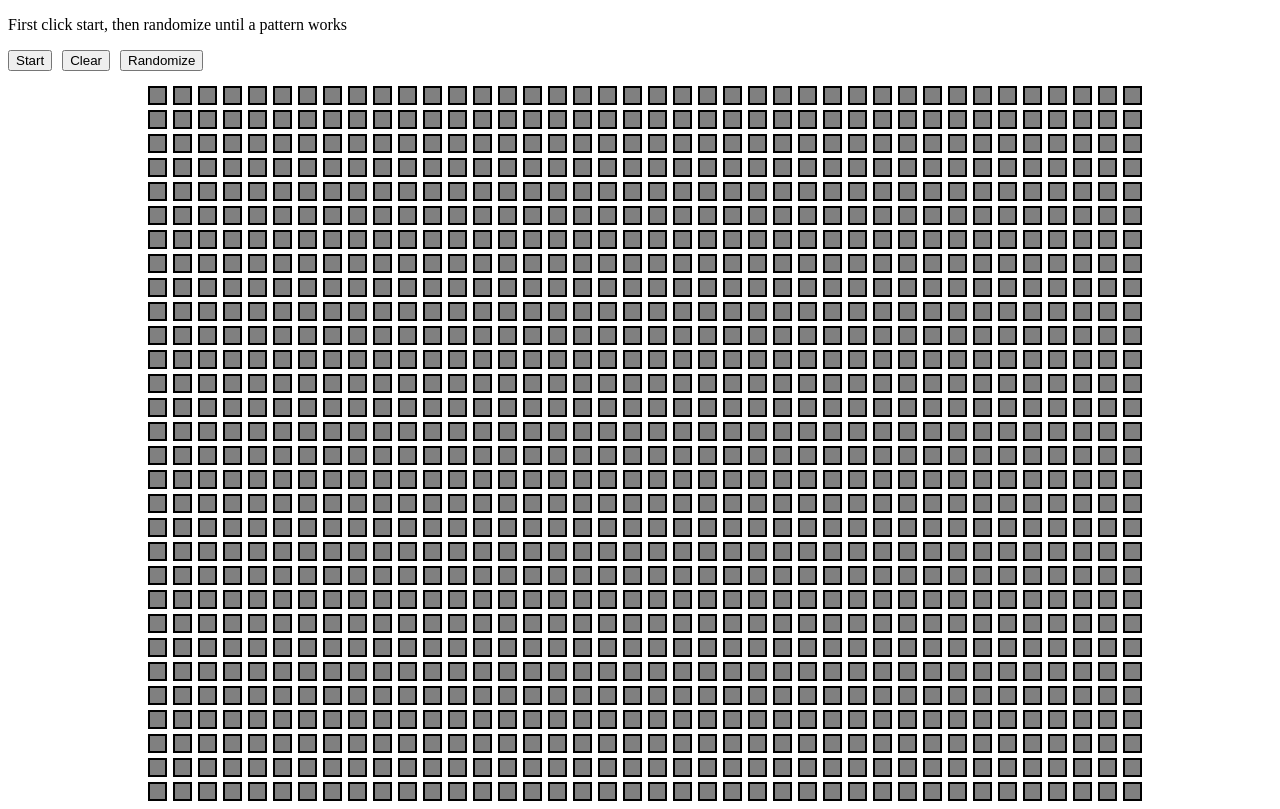
Repository: avanbussum/cellular-automata
Page: /
An editor plug-in stored every save of this project. The page is shown before and after the next save, followed by the edit.
The browser window is 1280 px wide. The pictures show the whole page.
The project was rebuilt for these pictures with package versions that can differ from the ones it lists, and the page was loaded fresh each time.

Above is the page before, as saved 2023-04-29 01:40:59.

### src/App.js
import React, { useState, useCallback, useRef } from 'react'
import Produce from 'immer';

const numRows = 30;
const numCols = 40;

let rps = false;

// const cell = {alive: 0, type: 0, color: ''};
//const deadcell = {dead: 0, type: 0, color: ''};


const neighborCoordinates = [
  [0, 1],
  [0, -1],
  [1, 1],
  [1, -1],
  [-1, 0],
  [-1, 1],
  [-1, -1],
  [1, 0]
]

const resetGrid = () => {
  const rows = [];
  for (let i = 0; i < numRows; i++) {
    rows.push(Array.from(Array(numCols), () => { const cell = { alive: 0, type: '', color: 'purple' }; return (cell) }
    ))
  }
  console.log(rows.join(rows.type))
  return rows;
}

export const App = () => {
  const [grid, setGrid] = useState(() => {
    return resetGrid()
  });

  const [running, setRunning] = useState(false)

  const runningRef = useRef(running);
  runningRef.current = running

  const runSimulation = useCallback(() => {
    if (!runningRef.current) {
      return;
    }
    setGrid((grid) => {
      return Produce(grid, gridCopy => {
        for (let x = 0; x < numRows; x++) {
          for (let y = 0; y < numCols; y++) {
            let neighbors = 0;
            neighborCoordinates.forEach(([a, b]) => {
              const newX = x + a;
              const newY = y + b;

              if (newX >= 0 && newX < numRows && newY >= 0 && newY < numCols) {
                neighbors += grid[newX][newY].alive
              }
            })

            // "game of life - rules"

            // if (neighbors < 2 || neighbors > 3) {
            //   gridCopy[x][y].alive = 0;
            // } else if (grid[x][y].alive === 0 && neighbors === 3) {
            //   gridCopy[x][y].alive = 1;
            // }

            //"seeds"

            // if (grid[x][y].alive === 1 && neighbors === 2) {
            //   gridCopy[x][y].alive = 1;
            // } else if (grid[x][y].alive === 0 && neighbors === 2) {
            //   gridCopy[x][y].alive = 1;
            // } else {
            //   gridCopy[x][y].alive = 0;
            // }

            // "RPS"
            rps = true
            let r = 0;
            let p = 0;
            let s = 0;
            console.log(s)

            neighborCoordinates.forEach(([a, b]) => {
              const newX = x + a;
              const newY = y + b;

              if (newX >= 0 && newX < numRows && newY >= 0 && newY < numCols) {
                if (grid[newX][newY].type === 'scissors') s++;
                if (grid[newX][newY].type === 'rock') r++;
                if (grid[newX][newY].type === 'paper') p++;
              }
            })

            let cur = grid[x][y];
            if (cur.alive) {
              switch (cur.type) {
                case 'rock':
                  if (p>2) {
                    gridCopy[x][y].type = 'paper';
                    gridCopy[x][y].color = 'green';
                  }
                break;

                case 'paper':

                  if (s>2) {
                    gridCopy[x][y].type = 'scissors';
                    gridCopy[x][y].color = 'red';
                  }
                break;

                case 'scissors':
                  if (r>2) {
                    gridCopy[x][y].type = 'rock';
                    gridCopy[x][y].color = 'blue';
                  }
                break;
              }
            }



          }
        }
      });
    });


    setTimeout(runSimulation, 0.1);
  }, []);




  return (
    <>
    <p>First click start, then randomize until a pattern works</p>
    <div style={{
          display: 'flex',
          justifyItems: 'center',
          marginTop: '15px',
          gap:'10px'
        }}>
          <button
        onClick={() => {
          setRunning(!running);
          if (!running) {
            runningRef.current = true;
            runSimulation();
          }
        }}
      >
        {running ? 'Stop' : 'Start'}
      </button>
      <button onClick={() => setGrid(resetGrid())}>Clear</button>
      <button
        onClick={() => {
          const rows = [];

          for (let i = 0; i < numRows; i++) {
            rows.push(
              Array.from(Array(numCols), () => {
                const cell = { alive: 0, type: '', color: 'purple' };
                let prob = 0.4;
                if (rps === true) prob = 1
                if (Math.random() < prob) {
                  cell.alive = 1;
                }
                else {
                  cell.alive = 0;
                }

                if (rps === true) {
                  if (Math.random() < 1 / 3) {
                    cell.type = 'rock';
                    cell.color = 'blue'
                  }
                  else if (Math.random() > 2 / 3) {
                    cell.type = 'paper';
                    cell.color = 'green'

                  }
                  else {
                    cell.type = 'scissors';
                    cell.color = 'red'
                  }
                }

                return cell;
              })
            );
          }
          console.log(rows)
          setGrid(rows);
        }}
      >
        Randomize
      </button>
      </div>

      <div
        style={{
          display: 'grid',
          gridTemplateColumns: `repeat(${numCols}, 10px)`,
          rowGap: '5px',
          columnGap: '15px',
          justifyContent: 'center',
          marginTop: '15px',
        }}
      >
        {grid.map((rows, x) =>
          rows.map((col, y) => (
            <div
              onClick={() => {
                const newGrid = Produce(grid, (gridCopy) => {
                  gridCopy[x][y].alive = grid[x][y].alive ? 0 : 1;
                });
                setGrid(newGrid);
              }}
              key={`${x}-${y}`}
              style={{
                width: 15,
                height: 15,
                backgroundColor: grid[x][y].alive ? grid[x][y].color : 'gray',
                border: 'solid 2px black',
              }}
            />
          ))
        )}
      </div>
    </>
  );
}

export default App;

Loaded but not shown: public/index.html (common file); src/index.js (common file); src/reportWebVitals.js (common file)

After the next save:
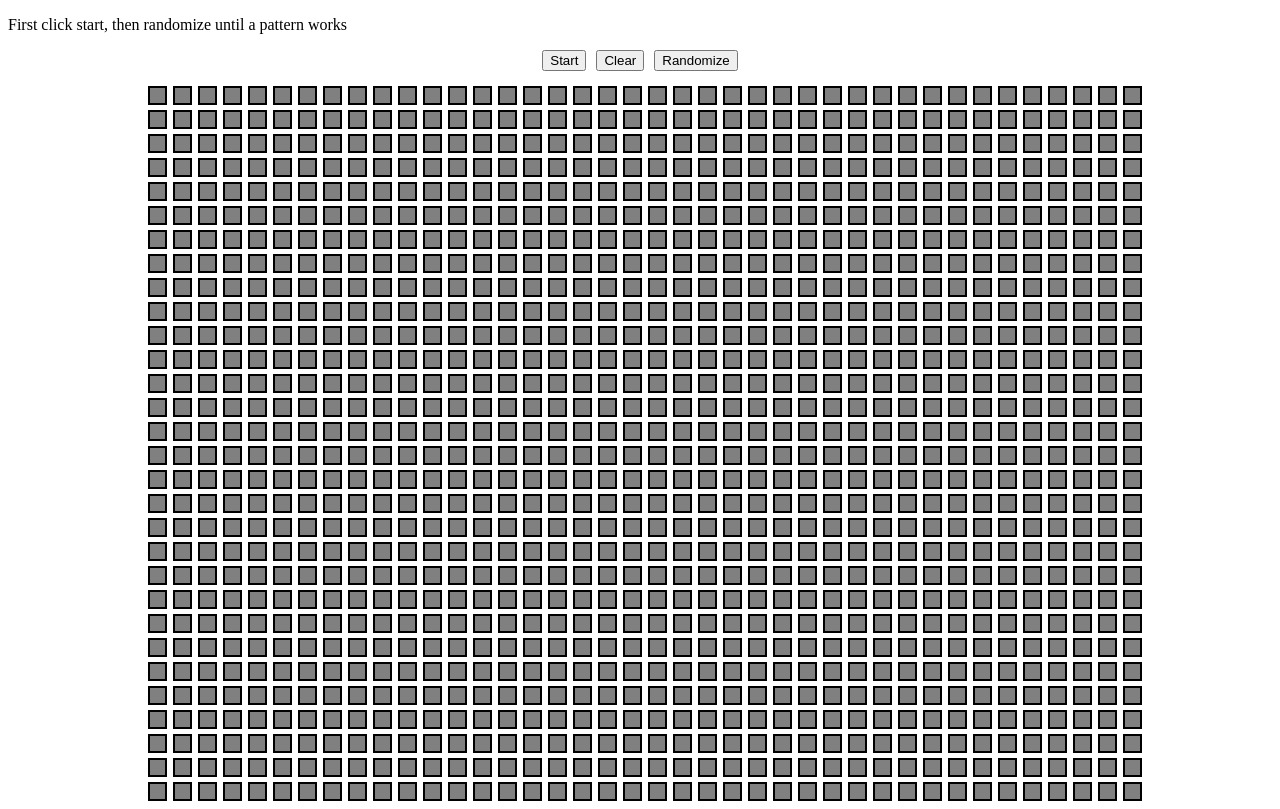
Saved 38 s later.
--- a/src/App.js
+++ b/src/App.js
@@ -141,7 +141,7 @@ export const App = () => {
     <p>First click start, then randomize until a pattern works</p>
     <div style={{
           display: 'flex',
-          justifyItems: 'center',
+          justifyContent: 'center',
           marginTop: '15px',
           gap:'10px'
         }}>
